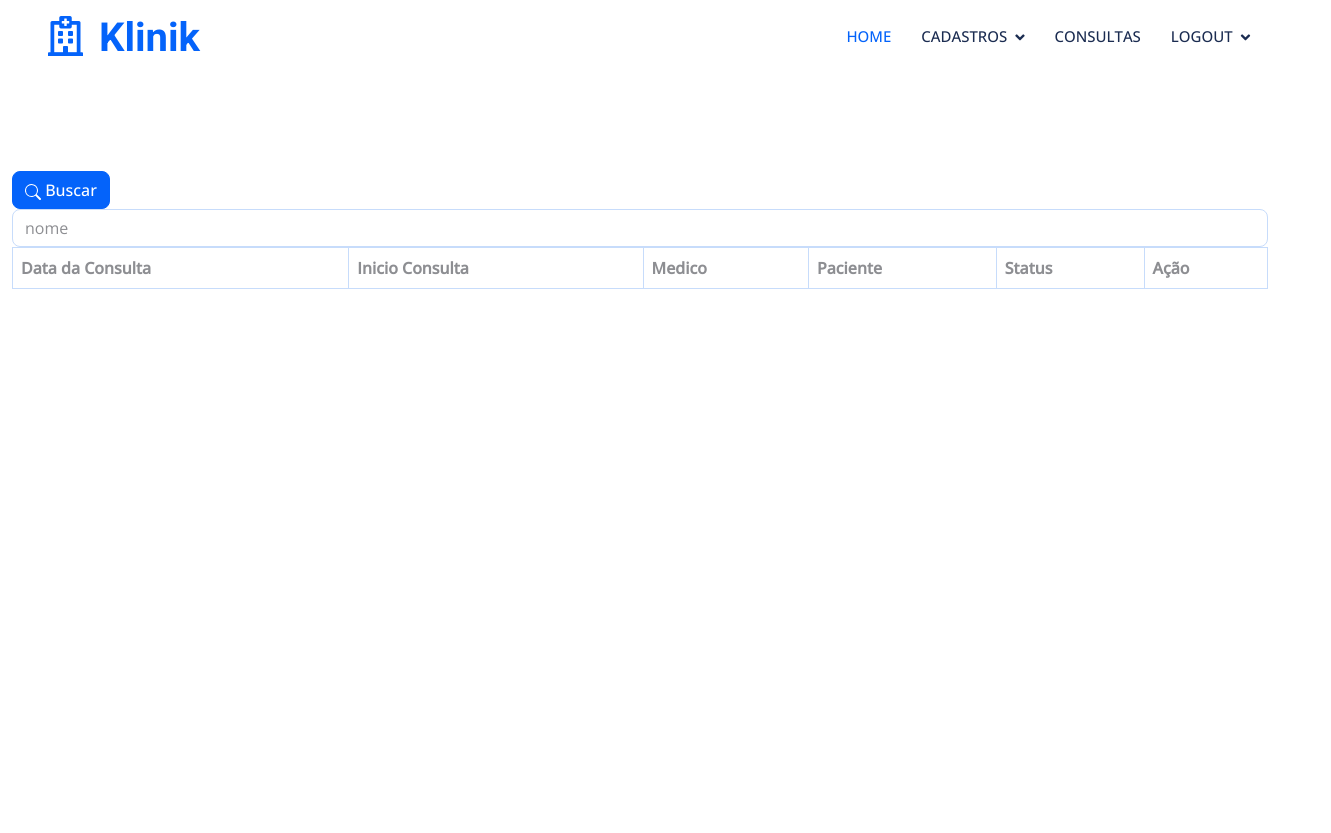
Repository: henrickrufino91/AgendaConsultas
Page: http://localhost/consulta/listarConsultas
The author's editor kept a copy of each file at every save. The page is drawn from the files as they stood at one save, then again after the next save.
The browser window is 1280 px wide. The page is 1331 px wide, so the pictures cover 1331 px, including what lies to the right of the window. The pictures show the whole page.
Some web libraries are served in a nearby version. The page is this project's Thymeleaf template; nobody is signed in. The template is opened directly, without the code that normally fills it, so the values that code supplies are empty.

Above is the page before, as saved 2024-12-26 17:59:46.

### clinica/src/main/resources/templates/consulta/listarConsultas.html
<!DOCTYPE html>
<html lang="en">

<head>
    <meta charset="utf-8">
    <title>Lista de Consultas</title>
    <meta content="width=device-width, initial-scale=1.0" name="viewport">
    <meta content="" name="keywords">
    <meta content="" name="description">

    <!-- Favicon -->
    <link href="img/favicon.ico" rel="icon">

    <!-- Google Web Fonts -->
    <link rel="preconnect" href="https://fonts.googleapis.com">
    <link rel="preconnect" href="https://fonts.gstatic.com" crossorigin>
    <link href="https://fonts.googleapis.com/css2?family=Open+Sans:wght@400;500&family=Roboto:wght@500;700;900&display=swap" rel="stylesheet">

    <!-- Icon Font Stylesheet -->
    <link href="https://cdnjs.cloudflare.com/ajax/libs/font-awesome/5.10.0/css/all.min.css" rel="stylesheet">
    <link href="https://cdn.jsdelivr.net/npm/bootstrap-icons@1.4.1/font/bootstrap-icons.css" rel="stylesheet">

    <!-- Libraries Stylesheet -->
    <link href="lib/animate/animate.min.css" rel="stylesheet">
    <link href="lib/owlcarousel/assets/owl.carousel.min.css" rel="stylesheet">
    <link href="lib/tempusdominus/css/tempusdominus-bootstrap-4.min.css" rel="stylesheet" />

    <!-- Customized Bootstrap Stylesheet -->
    <link href="css/bootstrap.min.css" rel="stylesheet">

    <!-- Template Stylesheet -->
    <link href="css/style.css" rel="stylesheet">
</head>

<body>
    <!-- Spinner Start -->
    <div id="spinner" class="show bg-white position-fixed translate-middle w-100 vh-100 top-50 start-50 d-flex align-items-center justify-content-center">
        <div class="spinner-grow text-primary" style="width: 3rem; height: 3rem;" role="status">
            <span class="sr-only">Loading...</span>
        </div>
    </div>
    <!-- Spinner End -->


    <!-- Topbar Start -->
    <div class="container-fluid bg-light p-0 wow fadeIn" data-wow-delay="0.1s">

    </div>
    <!-- Topbar End -->


    <!-- Navbar Start -->
    <nav class="navbar navbar-expand-lg bg-white navbar-light sticky-top p-0 wow fadeIn" data-wow-delay="0.1s">
        <a href="index.html" class="navbar-brand d-flex align-items-center px-4 px-lg-5">
            <h1 class="m-0 text-primary"><i class="far fa-hospital me-3"></i>Klinik</h1>
        </a>
        <button type="button" class="navbar-toggler me-4" data-bs-toggle="collapse" data-bs-target="#navbarCollapse">
            <span class="navbar-toggler-icon"></span>
        </button>
        <div class="collapse navbar-collapse" id="navbarCollapse">
            <div class="navbar-nav ms-auto p-4 p-lg-0">
                <a th:href="@{/index}" class="nav-item nav-link active">Home</a>

                <div class="nav-item dropdown">
                    <a href="#" class="nav-link dropdown-toggle" data-bs-toggle="dropdown">Cadastros</a>
                    <div class="dropdown-menu rounded-0 rounded-bottom m-0">
                        <a th:href="@{/novoPaciente}" class="dropdown-item">Pacientes</a>
                        <a th:href="@{/novoMedico}" class="dropdown-item">Médicos(as)</a>
                       <a th:href="@{/novoUsuario}" class="dropdown-item">Usuários</a>

                    </div>
                </div>
                <a th:href="@{/novaConsulta}" class="nav-item nav-link">Consultas</a>

                <div class="nav-item dropdown">
                    <a href="#" class="nav-link dropdown-toggle" data-bs-toggle="dropdown">Logout</a>
                    <div class="dropdown-menu rounded-0 rounded-bottom m-0">
                        <a th:href="@{/logout}" class="dropdown-item">Sair</a>

                    </div>
                </div>

            </div>
        </div>
    </nav>
    <!-- Navbar End -->


    <!-- Header Start -->
    <div class="container-fluid header bg-primary p-0 mb-5">





    </div>
    <!-- Header End -->




    <!-- About Start -->
    <div class="container-xxl py-5">


       <a class="btn btn-primary"><svg xmlns="http://www.w3.org/2000/svg" width="16" height="16" fill="currentColor" class="bi bi-search" viewBox="0 0 16 16">
  											<path d="M11.742 10.344a6.5 6.5 0 1 0-1.397 1.398h-.001q.044.06.098.115l3.85 3.85a1 1 0 0 0 1.415-1.414l-3.85-3.85a1 1 0 0 0-.115-.1zM12 6.5a5.5 5.5 0 1 1-11 0 5.5 5.5 0 0 1 11 0"/>
											</svg> Buscar</a>

      <input class="form-control" value="nome" id="inputEmail" type="text" />

       <table class="table table-bordered table-hover">

        		<thead>

            	<th scope="col">Data da Consulta</th>
            	<th scope="col">Inicio Consulta</th>
            	<th scope="col">Medico</th>
            	<th scope="col">Paciente</th>
            	<th scope="col">Status</th>
            	<th scope="col">Ação</th>

        		</thead>
        		<tbody>
            	<tr scope="row" th:each="c : ${listarConsultas}">


                <td th:text="${c.dataConsulta}"></td>
                <td th:text="${c.inicioConsulta}"></td>
                <td th:text="${c.consulta.medico.nome}"></td>
                <td th:text="${c.consulta.paciente.nome}"></td>
                <td th:text="${c.consulta.status.descricao}"></td>

                <td>

                 <a class="btn btn-primary" th:href="@{'/editarConsulta?codigo=' + ${c.codConsulta}}"> Editar
				<svg xmlns="http://www.w3.org/2000/svg" width="16" height="16" fill="currentColor" class="bi bi-pencil-fill" viewBox="0 0 16 16">
  				<path d="M12.854.146a.5.5 0 0 0-.707 0L10.5 1.793 14.207 5.5l1.647-1.646a.5.5 0 0 0 0-.708zm.646 6.061L9.793 2.5 3.293 9H3.5a.5.5 0 0 1 .5.5v.5h.5a.5.5 0 0 1 .5.5v.5h.5a.5.5 0 0 1 .5.5v.5h.5a.5.5 0 0 1 .5.5v.207zm-7.468 7.468A.5.5 0 0 1 6 13.5V13h-.5a.5.5 0 0 1-.5-.5V12h-.5a.5.5 0 0 1-.5-.5V11h-.5a.5.5 0 0 1-.5-.5V10h-.5a.5.5 0 0 1-.175-.032l-.179.178a.5.5 0 0 0-.11.168l-2 5a.5.5 0 0 0 .65.65l5-2a.5.5 0 0 0 .168-.11z"/>
				</svg></a>

				<a class="btn btn-danger" th:href="@{'/removerConsulta?codigo=' + ${c.codConsulta}}"> Remover
				<svg xmlns="http://www.w3.org/2000/svg" width="16" height="16" fill="currentColor" class="bi bi-archive-fill" viewBox="0 0 16 16">
  				<path d="M12.643 15C13.979 15 15 13.845 15 12.5V5H1v7.5C1 13.845 2.021 15 3.357 15zM5.5 7h5a.5.5 0 0 1 0 1h-5a.5.5 0 0 1 0-1M.8 1a.8.8 0 0 0-.8.8V3a.8.8 0 0 0 .8.8h14.4A.8.8 0 0 0 16 3V1.8a.8.8 0 0 0-.8-.8z"/>
				</svg></a>

                </td>






            </tr>
        </tbody>
        </table>

    </div>
    <!-- About End -->


    <!-- Service Start -->
    <div class="container-xxl py-5">

    </div>
    <!-- Service End -->


    <!-- Feature Start -->
    <div class="container-fluid bg-primary overflow-hidden my-5 px-lg-0">

    </div>
    <!-- Feature End -->


    <!-- Team Start -->
    <div class="container-xxl py-5">

    </div>
    <!-- Team End -->


    <!-- Appointment Start -->
    <div class="container-xxl py-5">

    </div>
    <!-- Appointment End -->


    <!-- Testimonial Start -->
    <div class="container-xxl py-5">

    </div>
    <!-- Testimonial End -->


    <!-- Footer Start -->

    </div>
    <!-- Footer End -->


    <!-- Back to Top -->
    <a href="#" class="btn btn-lg btn-primary btn-lg-square rounded-circle back-to-top"><i class="bi bi-arrow-up"></i></a>


    <!-- JavaScript Libraries -->
    <script src="https://code.jquery.com/jquery-3.4.1.min.js"></script>
    <script src="https://cdn.jsdelivr.net/npm/bootstrap@5.0.0/dist/js/bootstrap.bundle.min.js"></script>
    <script src="lib/wow/wow.min.js"></script>
    <script src="lib/easing/easing.min.js"></script>
    <script src="lib/waypoints/waypoints.min.js"></script>
    <script src="lib/counterup/counterup.min.js"></script>
    <script src="lib/owlcarousel/owl.carousel.min.js"></script>
    <script src="lib/tempusdominus/js/moment.min.js"></script>
    <script src="lib/tempusdominus/js/moment-timezone.min.js"></script>
    <script src="lib/tempusdominus/js/tempusdominus-bootstrap-4.min.js"></script>

    <!-- Template Javascript -->
    <script src="js/main.js"></script>
</body>

</html>

### clinica/src/main/resources/static/css/style.css
/********** Template CSS **********/
:root {
    --primary: #0463FA;
    --light: #EFF5FF;
    --dark: #1B2C51;
}

.fw-medium {
    font-weight: 500 !important;
}

.fw-bold {
    font-weight: 700 !important;
}

.fw-black {
    font-weight: 900 !important;
}

.back-to-top {
    position: fixed;
    display: none;
    right: 45px;
    bottom: 45px;
    z-index: 99;
}


/*** Spinner ***/
#spinner {
    opacity: 0;
    visibility: hidden;
    transition: opacity .5s ease-out, visibility 0s linear .5s;
    z-index: 99999;
}

#spinner.show {
    transition: opacity .5s ease-out, visibility 0s linear 0s;
    visibility: visible;
    opacity: 1;
}


/*** Button ***/
.btn {
    font-weight: 500;
    transition: .5s;
}

.btn.btn-primary,
.btn.btn-secondary {
    color: #FFFFFF;
}

.btn-square {
    width: 38px;
    height: 38px;
}

.btn-sm-square {
    width: 32px;
    height: 32px;
}

.btn-lg-square {
    width: 48px;
    height: 48px;
}

.btn-square,
.btn-sm-square,
.btn-lg-square {
    padding: 0;
    display: flex;
    align-items: center;
    justify-content: center;
    font-weight: normal;
}


/*** Navbar ***/
.navbar .dropdown-toggle::after {
    border: none;
    content: "\f107";
    font-family: "Font Awesome 5 Free";
    font-weight: 900;
    vertical-align: middle;
    margin-left: 8px;
}

.navbar .navbar-nav .nav-link {
    margin-right: 30px;
    padding: 25px 0;
    color: #FFFFFF;
    font-size: 15px;
    font-weight: 500;
    text-transform: uppercase;
    outline: none;
}

.navbar .navbar-nav .nav-link:hover,
.navbar .navbar-nav .nav-link.active {
    color: var(--primary);
}

@media (max-width: 991.98px) {
    .navbar .navbar-nav .nav-link  {
        margin-right: 0;
        padding: 10px 0;
    }

    .navbar .navbar-nav {
        border-top: 1px solid #EEEEEE;
    }
}

.navbar .navbar-brand,
.navbar a.btn {
    height: 75px;
}

.navbar .navbar-nav .nav-link {
    color: var(--dark);
    font-weight: 500;
}

.navbar.sticky-top {
    top: -100px;
    transition: .5s;
}

@media (min-width: 992px) {
    .navbar .nav-item .dropdown-menu {
        display: block;
        border: none;
        margin-top: 0;
        top: 150%;
        opacity: 0;
        visibility: hidden;
        transition: .5s;
    }

    .navbar .nav-item:hover .dropdown-menu {
        top: 100%;
        visibility: visible;
        transition: .5s;
        opacity: 1;
    }
}


/*** Header ***/
.header-carousel .owl-carousel-text {
    position: absolute;
    width: 100%;
    height: 100%;
    padding: 3rem;
    top: 0;
    left: 0;
    display: flex;
    align-items: center;
    justify-content: center;
    text-shadow: 0 0 30px rgba(0, 0, 0, .1);
}

.header-carousel .owl-nav {
    position: absolute;
    width: 200px;
    height: 45px;
    bottom: 30px;
    left: 50%;
    transform: translateX(-50%);
    display: flex;
    justify-content: space-between;
}

.header-carousel .owl-nav .owl-prev,
.header-carousel .owl-nav .owl-next {
    width: 45px;
    height: 45px;
    display: flex;
    align-items: center;
    justify-content: center;
    color: #FFFFFF;
    background: transparent;
    border: 1px solid #FFFFFF;
    border-radius: 45px;
    font-size: 22px;
    transition: .5s;
}

.header-carousel .owl-nav .owl-prev:hover,
.header-carousel .owl-nav .owl-next:hover {
    background: var(--primary);
    border-color: var(--primary);
}

.header-carousel .owl-dots {
    position: absolute;
    height: 45px;
    bottom: 30px;
    left: 50%;
    transform: translateX(-50%);
    display: flex;
    align-items: center;
    justify-content: center;
}

.header-carousel .owl-dot {
    position: relative;
    display: inline-block;
    margin: 0 5px;
    width: 15px;
    height: 15px;
    background: transparent;
    border: 1px solid #FFFFFF;
    border-radius: 15px;
    transition: .5s;
}

.header-carousel .owl-dot::after {
    position: absolute;
    content: "";
    width: 5px;
    height: 5px;
    top: 4px;
    left: 4px;
    background: #FFFFFF;
    border-radius: 5px;
}

.header-carousel .owl-dot.active {
    background: var(--primary);
    border-color: var(--primary);
}

.page-header {
    background: url(../img/header-page.jpg) top center no-repeat;
    background-size: cover;
    text-shadow: 0 0 30px rgba(0, 0, 0, .1);
}

.breadcrumb-item + .breadcrumb-item::before {
    color: var(--light);
}


/*** Service ***/
.service-item {
    transition: .5s;
}

.service-item:hover {
    margin-top: -10px;
    box-shadow: 0 .5rem 1.5rem rgba(0, 0, 0, .08);
}

.service-item .btn {
    width: 40px;
    height: 40px;
    display: inline-flex;
    align-items: center;
    background: #FFFFFF;
    border-radius: 40px;
    white-space: nowrap;
    overflow: hidden;
    transition: .5s;
}

.service-item:hover .btn {
    width: 140px;
}


/*** Feature ***/
@media (min-width: 992px) {
    .container.feature {
        max-width: 100% !important;
    }

    .feature-text  {
        padding-left: calc(((100% - 960px) / 2) + .75rem);
    }
}

@media (min-width: 1200px) {
    .feature-text  {
        padding-left: calc(((100% - 1140px) / 2) + .75rem);
    }
}

@media (min-width: 1400px) {
    .feature-text  {
        padding-left: calc(((100% - 1320px) / 2) + .75rem);
    }
}


/*** Team ***/
.team-item img {
    position: relative;
    top: 0;
    transition: .5s;
}

.team-item:hover img {
    top: -30px;
}

.team-item .team-text {
    position: relative;
    height: 100px;
    transition: .5s;
}

.team-item:hover .team-text {
    margin-top: -60px;
    height: 160px;
}

.team-item .team-text .team-social {
    opacity: 0;
    transition: .5s;
}

.team-item:hover .team-text .team-social {
    opacity: 1;
}

.team-item .team-social .btn {
    display: inline-flex;
    color: var(--primary);
    background: #FFFFFF;
    border-radius: 40px;
}

.team-item .team-social .btn:hover {
    color: #FFFFFF;
    background: var(--primary);
}


/*** Appointment ***/
.bootstrap-datetimepicker-widget.bottom {
    top: auto !important;
}

.bootstrap-datetimepicker-widget .table * {
    border-bottom-width: 0px;
}

.bootstrap-datetimepicker-widget .table th {
    font-weight: 500;
}

.bootstrap-datetimepicker-widget.dropdown-menu {
    padding: 10px;
    border-radius: 2px;
}

.bootstrap-datetimepicker-widget table td.active,
.bootstrap-datetimepicker-widget table td.active:hover {
    background: var(--primary);
}

.bootstrap-datetimepicker-widget table td.today::before {
    border-bottom-color: var(--primary);
}


/*** Testimonial ***/
.testimonial-carousel::before {
    position: absolute;
    content: "";
    top: 0;
    left: 0;
    height: 100%;
    width: 0;
    background: linear-gradient(to right, rgba(255, 255, 255, 1) 0%, rgba(255, 255, 255, 0) 100%);
    z-index: 1;
}

.testimonial-carousel::after {
    position: absolute;
    content: "";
    top: 0;
    right: 0;
    height: 100%;
    width: 0;
    background: linear-gradient(to left, rgba(255, 255, 255, 1) 0%, rgba(255, 255, 255, 0) 100%);
    z-index: 1;
}

@media (min-width: 768px) {
    .testimonial-carousel::before,
    .testimonial-carousel::after {
        width: 200px;
    }
}

@media (min-width: 992px) {
    .testimonial-carousel::before,
    .testimonial-carousel::after {
        width: 300px;
    }
}

.testimonial-carousel .owl-item .testimonial-text {
    background: var(--light);
    transform: scale(.8);
    transition: .5s;
}

.testimonial-carousel .owl-item.center .testimonial-text {
    background: var(--primary);
    transform: scale(1);
}

.testimonial-carousel .owl-item .testimonial-text *,
.testimonial-carousel .owl-item .testimonial-item img {
    transition: .5s;
}

.testimonial-carousel .owl-item.center .testimonial-text * {
    color: var(--light) !important;
}

.testimonial-carousel .owl-item.center .testimonial-item img {
    background: var(--primary) !important;
}

.testimonial-carousel .owl-nav {
    position: absolute;
    width: 350px;
    top: 15px;
    left: 50%;
    transform: translateX(-50%);
    display: flex;
    justify-content: space-between;
    opacity: 0;
    transition: .5s;
    z-index: 1;
}

.testimonial-carousel:hover .owl-nav {
    width: 300px;
    opacity: 1;
}

.testimonial-carousel .owl-nav .owl-prev,
.testimonial-carousel .owl-nav .owl-next {
    position: relative;
    color: var(--primary);
    font-size: 45px;
    transition: .5s;
}

.testimonial-carousel .owl-nav .owl-prev:hover,
.testimonial-carousel .owl-nav .owl-next:hover {
    color: var(--dark);
}


/*** Footer ***/
.footer .btn.btn-social {
    margin-right: 5px;
    width: 35px;
    height: 35px;
    display: flex;
    align-items: center;
    justify-content: center;
    color: var(--light);
    border: 1px solid #FFFFFF;
    transition: .3s;
}

.footer .btn.btn-social:hover {
    color: var(--primary);
}

.footer .btn.btn-link {
    display: block;
    margin-bottom: 5px;
    padding: 0;
    text-align: left;
    color: #FFFFFF;
    font-size: 15px;
    font-weight: normal;
    text-transform: capitalize;
    transition: .3s;
}

.footer .btn.btn-link::before {
    position: relative;
    content: "\f105";
    font-family: "Font Awesome 5 Free";
    font-weight: 900;
    margin-right: 10px;
}

.footer .btn.btn-link:hover {
    color: var(--primary);
    letter-spacing: 1px;
    box-shadow: none;
}

.footer .copyright {
    padding: 25px 0;
    font-size: 15px;
    border-top: 1px solid rgba(256, 256, 256, .1);
}

.footer .copyright a {
    color: var(--light);
}

.footer .copyright a:hover {
    color: var(--primary);
}

Loaded but not shown: clinica/src/main/resources/static/lib/animate/animate.min.css (library); clinica/src/main/resources/static/lib/owlcarousel/assets/owl.carousel.min.css (common file); clinica/src/main/resources/static/lib/tempusdominus/css/tempusdominus-bootstrap-4.min.css (library); clinica/src/main/resources/static/css/bootstrap.min.css (library); clinica/src/main/resources/static/lib/wow/wow.min.js (library); clinica/src/main/resources/static/lib/easing/easing.min.js (common file); clinica/src/main/resources/static/lib/waypoints/waypoints.min.js (library); clinica/src/main/resources/static/lib/counterup/counterup.min.js (common file); clinica/src/main/resources/static/lib/owlcarousel/owl.carousel.min.js (library); clinica/src/main/resources/static/lib/tempusdominus/js/moment.min.js (library); clinica/src/main/resources/static/lib/tempusdominus/js/moment-timezone.min.js (library); clinica/src/main/resources/static/lib/tempusdominus/js/tempusdominus-bootstrap-4.min.js (library); clinica/src/main/resources/static/js/main.js (97 lines, source omitted)

After the next save:
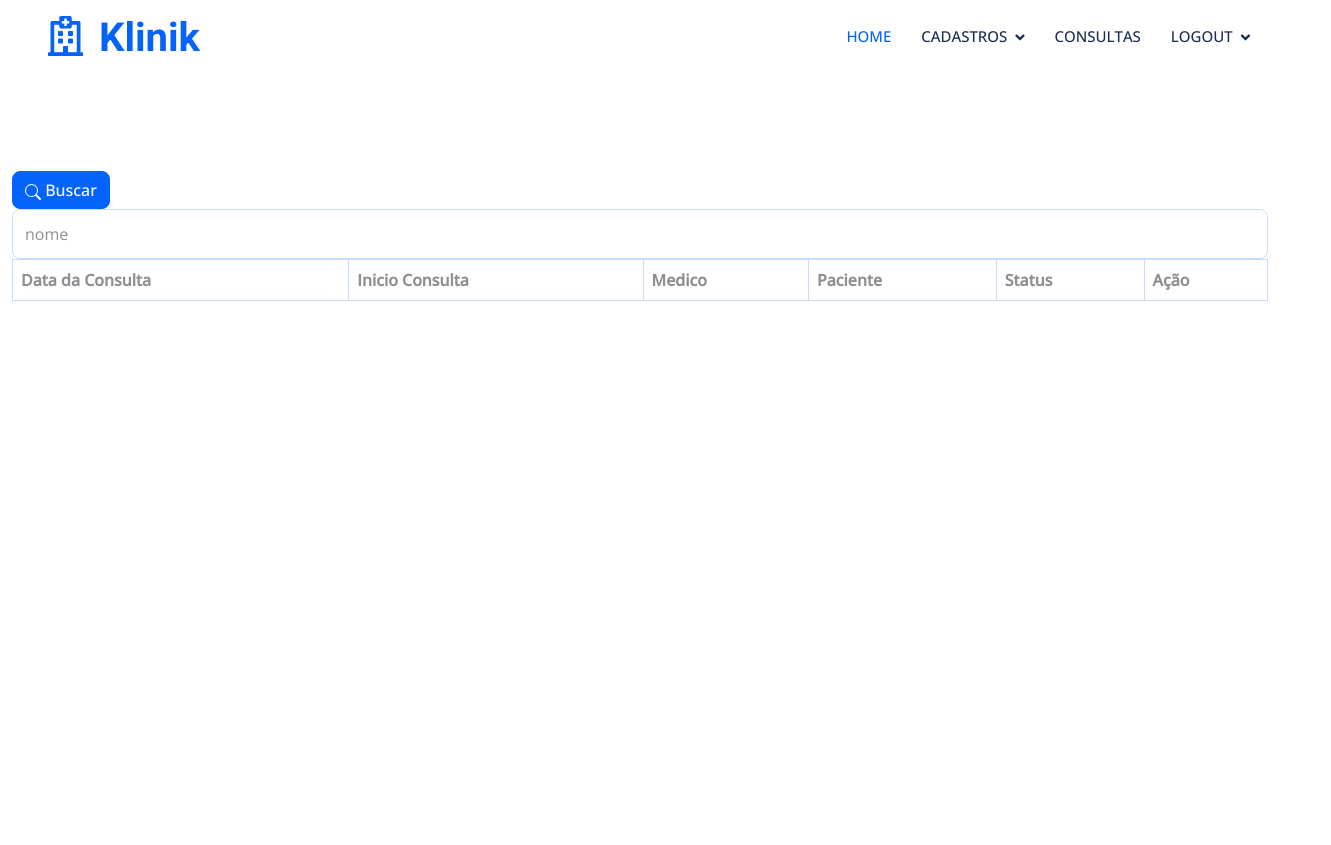
Saved 88 s later.
--- a/clinica/src/main/resources/templates/consulta/listarConsultas.html
+++ b/clinica/src/main/resources/templates/consulta/listarConsultas.html
@@ -107,7 +107,7 @@
   											<path d="M11.742 10.344a6.5 6.5 0 1 0-1.397 1.398h-.001q.044.06.098.115l3.85 3.85a1 1 0 0 0 1.415-1.414l-3.85-3.85a1 1 0 0 0-.115-.1zM12 6.5a5.5 5.5 0 1 1-11 0 5.5 5.5 0 0 1 11 0"/>
 											</svg> Buscar</a>
 
-      <input class="form-control" value="nome" id="inputEmail" type="text" />
+      <input class="form-control" value="nome" id="inputEmail" type="text" style="height: 50px" />
 
        <table class="table table-bordered table-hover">
 

After the save that followed:
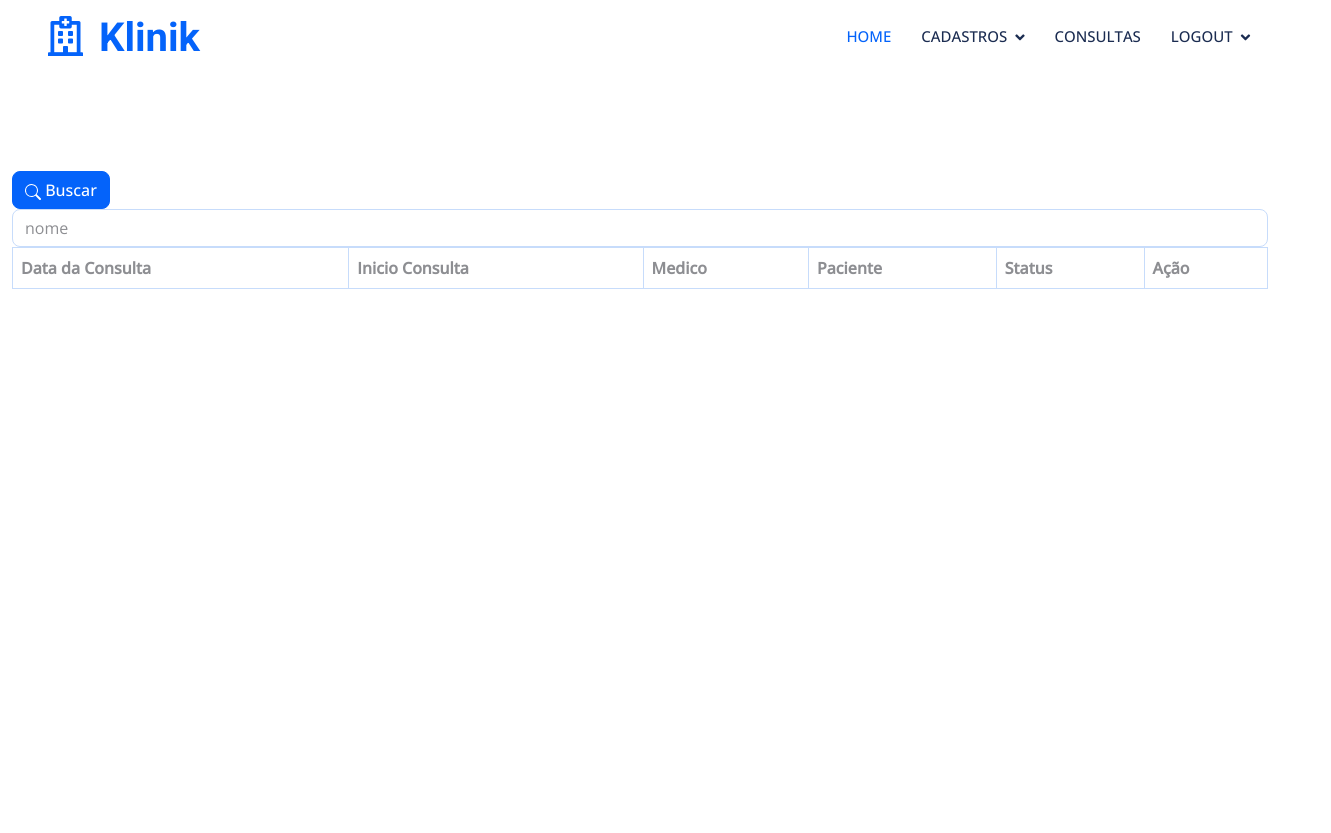
Saved 26 s later.
--- a/clinica/src/main/resources/templates/consulta/listarConsultas.html
+++ b/clinica/src/main/resources/templates/consulta/listarConsultas.html
@@ -107,7 +107,7 @@
   											<path d="M11.742 10.344a6.5 6.5 0 1 0-1.397 1.398h-.001q.044.06.098.115l3.85 3.85a1 1 0 0 0 1.415-1.414l-3.85-3.85a1 1 0 0 0-.115-.1zM12 6.5a5.5 5.5 0 1 1-11 0 5.5 5.5 0 0 1 11 0"/>
 											</svg> Buscar</a>
 
-      <input class="form-control" value="nome" id="inputEmail" type="text" style="height: 50px" />
+      <input class="form-control" value="nome" id="inputEmail" type="text" style="wiwidth: 50px" />
 
        <table class="table table-bordered table-hover">
 
